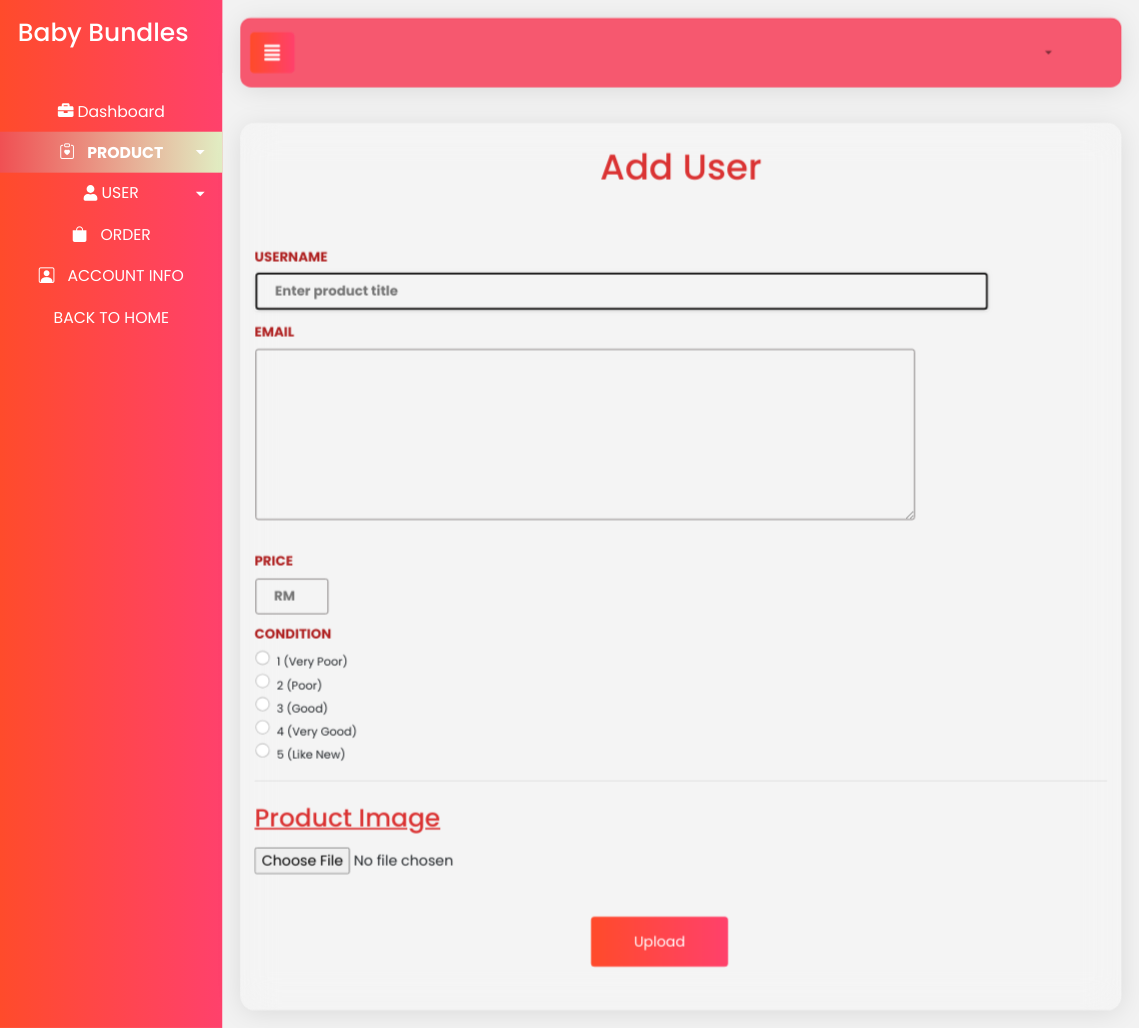
Repository: jiahow99/Baby-Bundles-University
Page: http://localhost/admin-adduser.php
An editor plug-in stored every save of this project. The page is shown before and after the next save, followed by the edit.
The browser window is 1280 px wide. The pictures show the whole page, at 89% of full size.
Some web libraries are served in a nearby version. The page is run by PHP 8.4 with error messages shown; the project is at /var/www/html/.

Above is the page before, as saved 2022-11-25 00:28:16.

After the next save:
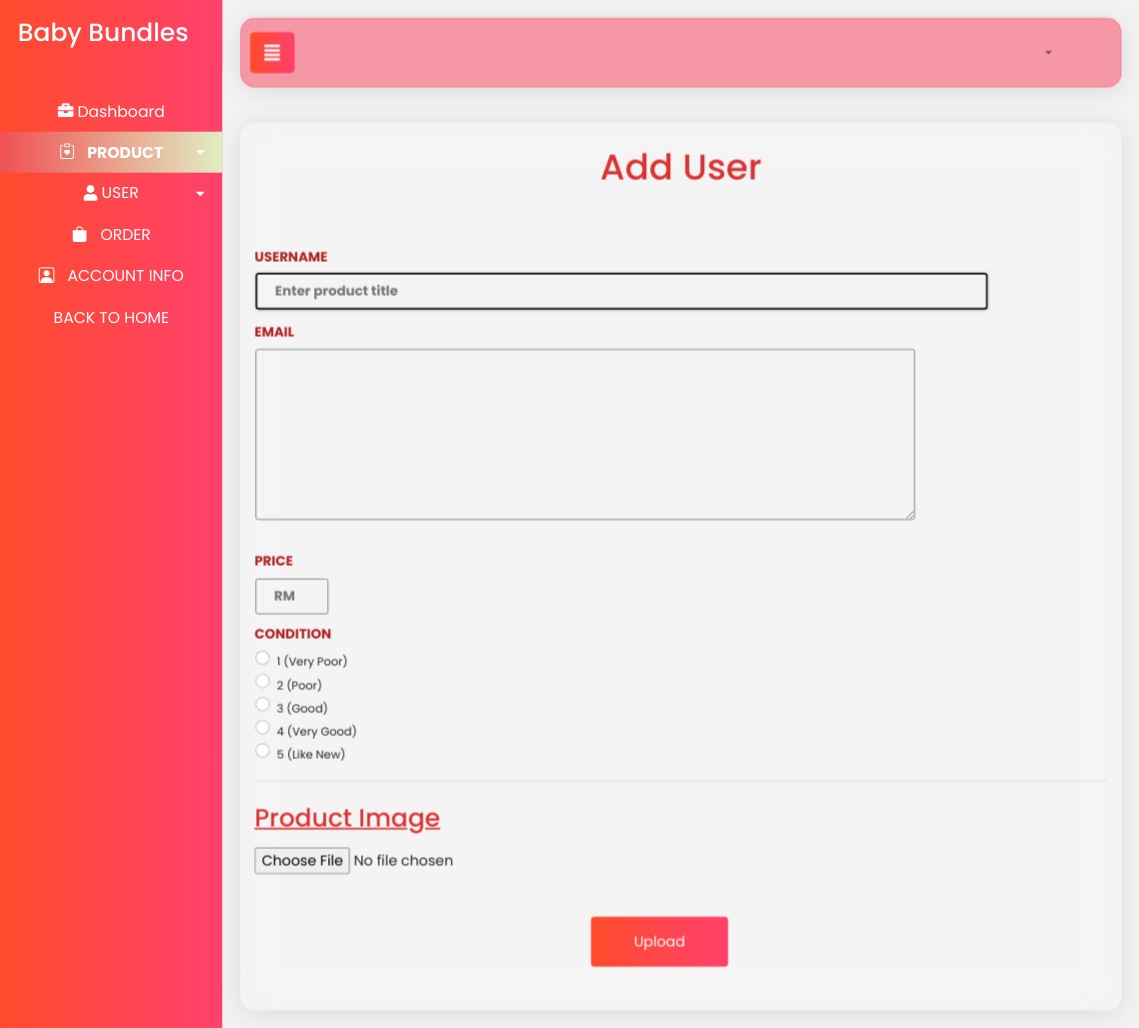
Saved 22 s later.
--- a/css/admin.style.css
+++ b/css/admin.style.css
@@ -429,9 +429,9 @@ transition: background-position 0.15s ease-in-out;
 }
 
 .bg-admin{
-    /* From https://css.glass */
-background: rgba(248, 40, 70, 0.76);
-border-radius: 12px;
+/* From https://css.glass */
+background: rgba(248, 40, 70, 0.45);
+border-radius: 16px;
 box-shadow: 0 4px 30px rgba(0, 0, 0, 0.1);
 backdrop-filter: blur(6.9px);
 -webkit-backdrop-filter: blur(6.9px);
